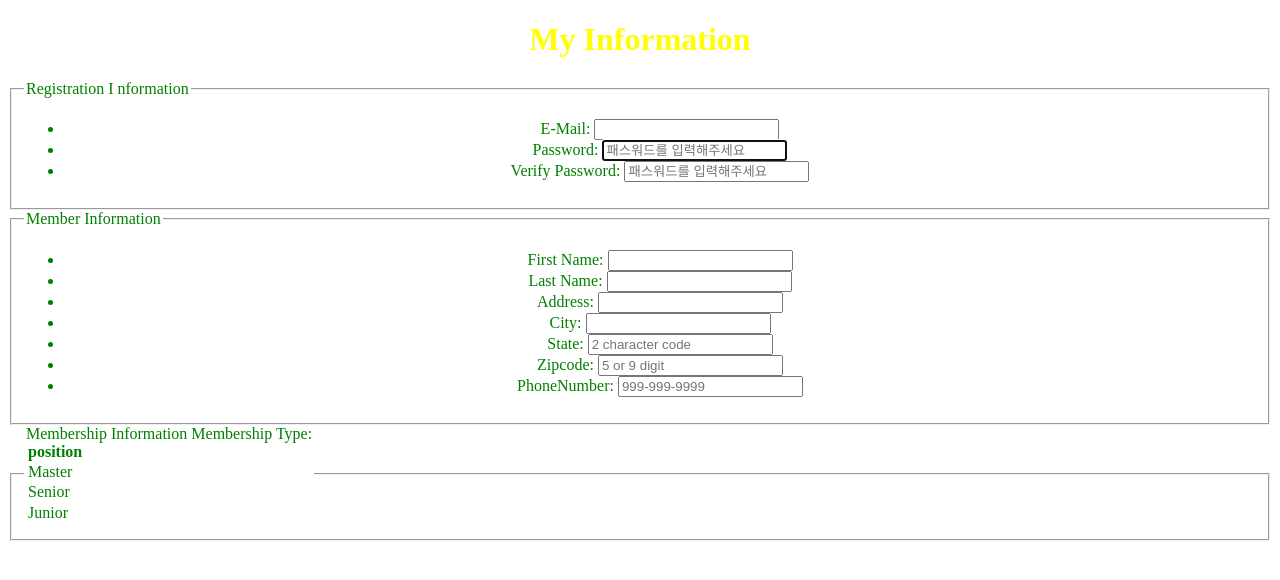
Repository: hyungju2/SSAFY_JavaPractice
Page: 20190211_HTML/web_java/HTMLProject/WebContent/html/hwfront01_서울_6반_이형주.html
The author's editor kept a copy of each file at every save. The page is drawn from the files as they stood at one save, then again after the next save.
The browser window is 1280 px wide. The pictures show the whole page.

Above is the page before, as saved 2019-02-11 08:54:10.

After the next save:
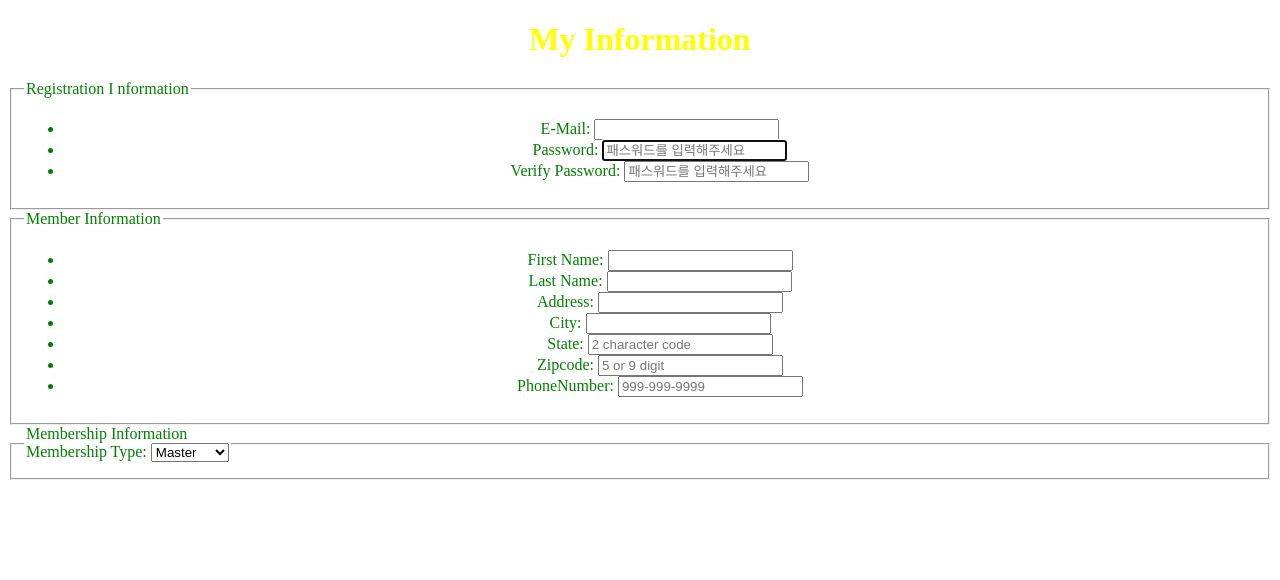
Saved 56 s later.
--- a/20190211_HTML/web_java/HTMLProject/WebContent/html/hwfront01_서울_6반_이형주.html
+++ b/20190211_HTML/web_java/HTMLProject/WebContent/html/hwfront01_서울_6반_이형주.html
@@ -56,11 +56,15 @@
 	<fieldset>
 		<legend>
 			<font color="green">Membership Information
-			Membership Type: <optgroup label="position">
+			<br>
+			Membership Type:
+			<select> name="position">
+			<optgroup label="position">
 			<option value="1">Master</option>
 			<option value="2">Senior</option>
 			<option value="3">Junior</option>
 			</optgroup>
+			</select>
 		</legend>
 	</fieldset>
 
